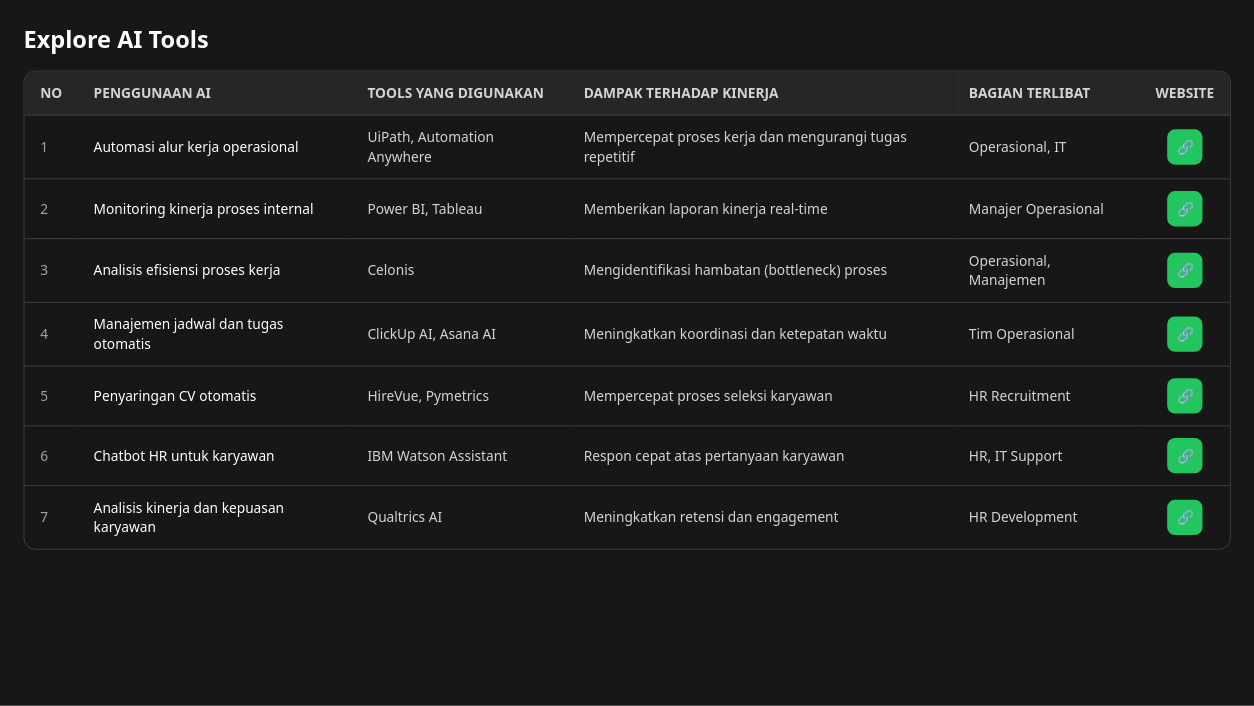
Repository: MUHAMADTEGARWIJAYA/AI-BUSINESS-TOOLKIT
Page: /ai/operasional
The author's editor kept a copy of each file at every save. The page is drawn from the files as they stood at one save, then again after the next save.
The browser window is 1280 px wide. The pictures show the whole page, at 98% of full size.
The project was rebuilt for these pictures with package versions that can differ from the ones it lists, and the page was loaded fresh each time. Also part of the build but not shown: vite.config.js, src/views/NamaFloating.vue, src/views/HomeView.vue.

Above is the page before, as saved 2026-01-07 15:33:08.

After the next save:
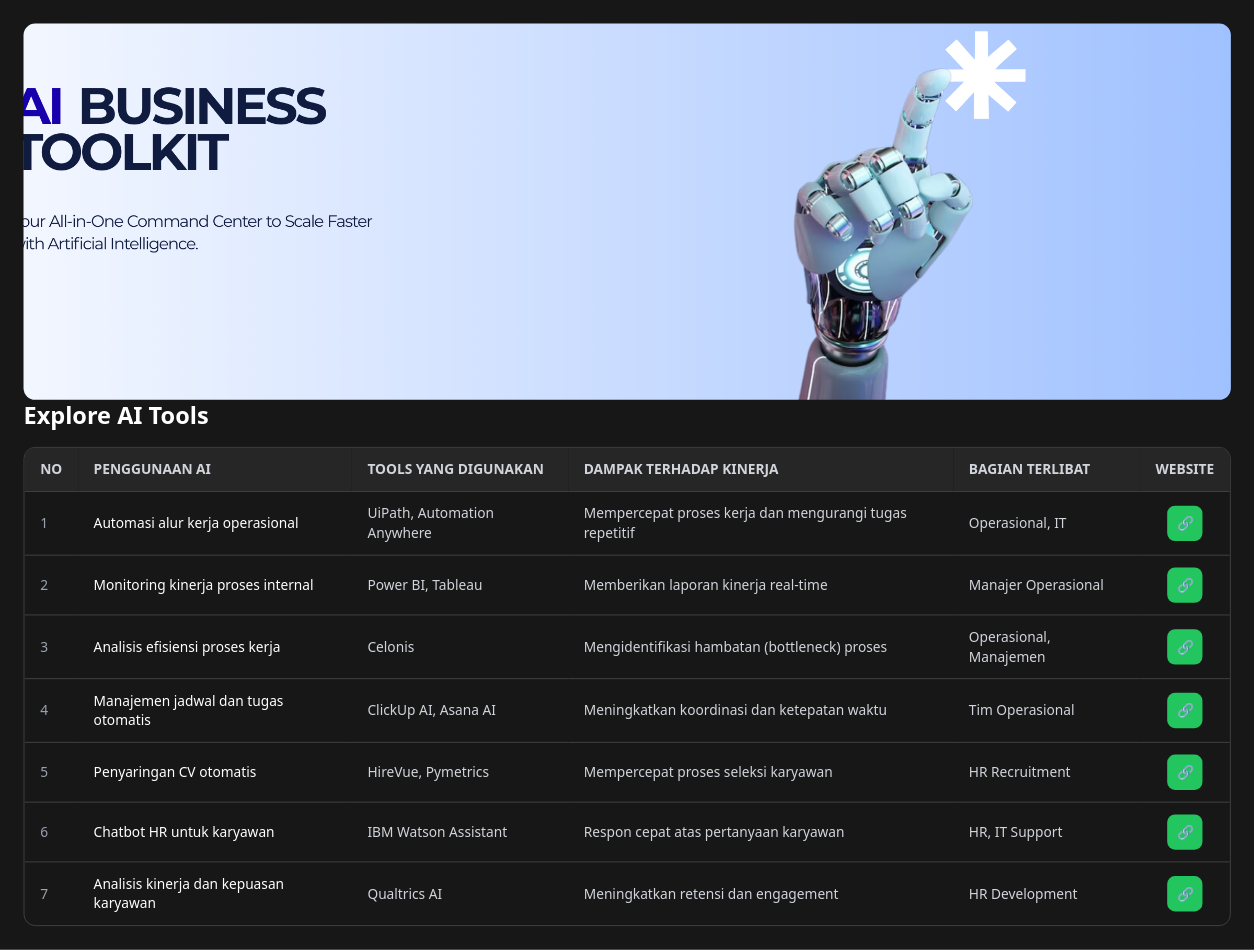
Saved 27 s later.
--- a/src/views/AiOperansional.vue
+++ b/src/views/AiOperansional.vue
@@ -4,6 +4,13 @@
 
 <template>
   <div class="min-h-screen bg-neutral-900 p-6">
+    <div class="w-full max-w-full">
+      <!-- Background Image -->
+      <div
+        class="w-full h-96 rounded-xl bg-cover bg-no-repeat bg-center"
+        style="background-image: url('/cc.png')"
+      ></div>
+    </div>
     <h1 class="text-white text-2xl font-bold mb-4">Explore AI Tools</h1>
 
     <div class="overflow-x-auto border border-neutral-700 rounded-xl">
